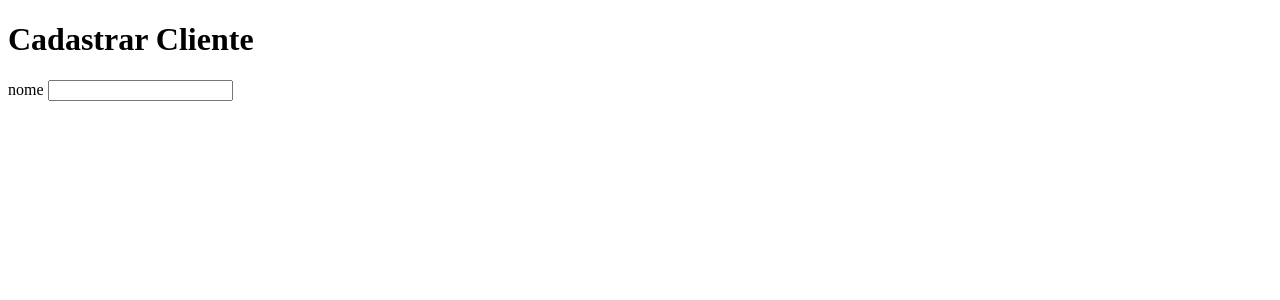
Repository: felipepalma14/Divus
Page: academiaweb/WebContent/cadastrarcliente.html
An editor plug-in stored every save of this project. The page is shown before and after the next save, followed by the edit.
The browser window is 1280 px wide. The pictures show the whole page.

Above is the page before, as saved 2015-08-01 14:18:53.

### academiaweb/WebContent/cadastrarcliente.html
<!DOCTYPE html>
<html>

<head>
<meta charset="UTF-8">
<title>Cadastrar Cliente</title>
</head>

<body>
	<h1>Cadastrar Cliente</h1>
	<form action="">
		<label>nome</label>
		<input type="text" name = "nome">
	</form>

</body>
</html>

After the next save:
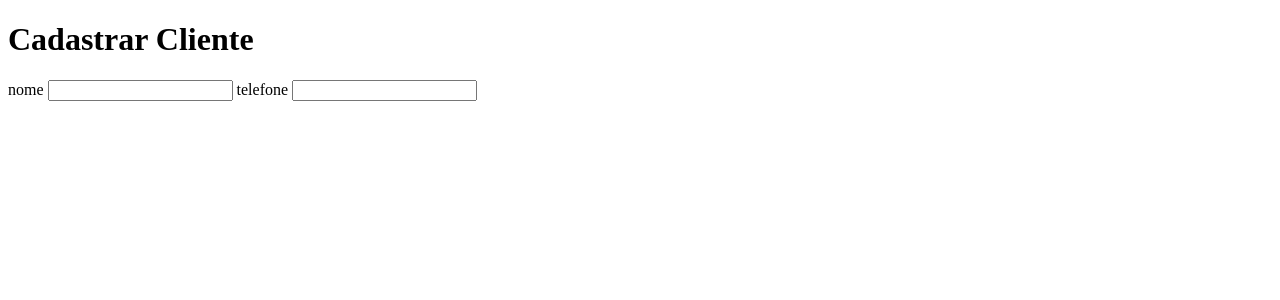
Saved 20 min 22 s later.
--- a/academiaweb/WebContent/cadastrarcliente.html
+++ b/academiaweb/WebContent/cadastrarcliente.html
@@ -11,6 +11,8 @@
 	<form action="">
 		<label>nome</label>
 		<input type="text" name = "nome">
+		<label>telefone</label>
+		<input type="text">
 	</form>
 
 </body>
